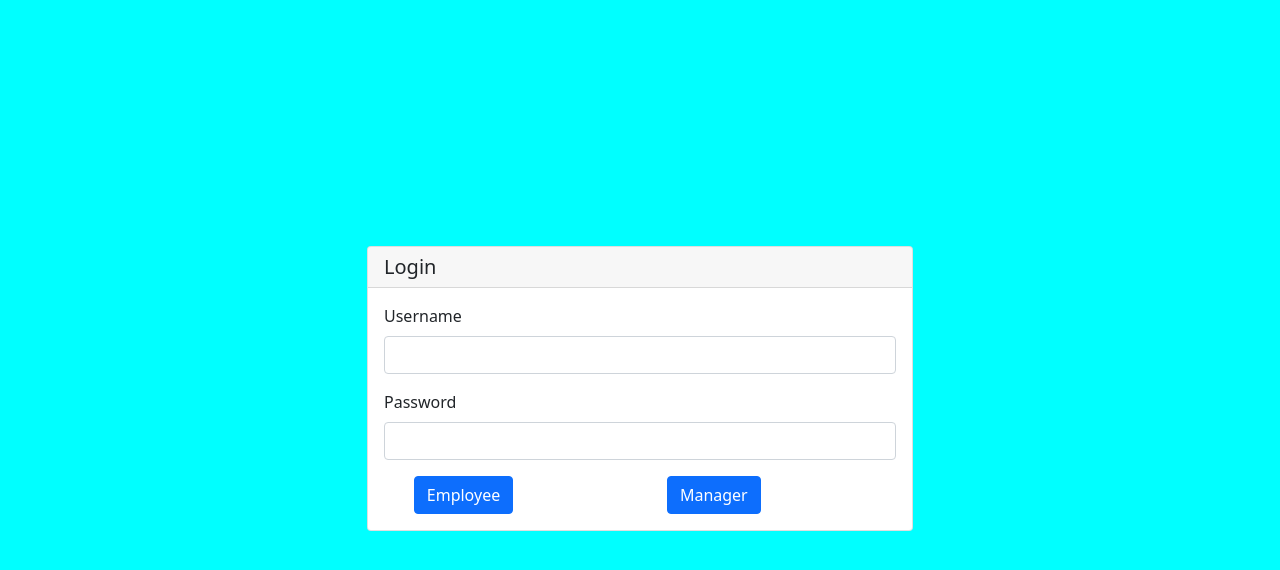
Repository: mavn2/ERS
Page: APP/ExpenseReimbursementSystem/src/main/webapp/index.html
An editor plug-in stored every save of this project. The page is shown before and after the next save, followed by the edit.
The browser window is 1280 px wide. The pictures show the whole page.

Above is the page before, as saved 2021-04-02 12:02:44.

### APP/ExpenseReimbursementSystem/src/main/webapp/index.html
<!DOCTYPE html>
<html>
  <head>
    <meta charset="UTF-8" />
    <title>Welcome</title>
    <link
      href="https://cdn.jsdelivr.net/npm/bootstrap@5.0.0-beta3/dist/css/bootstrap.min.css"
      rel="stylesheet"
      integrity="sha384-eOJMYsd53ii+scO/bJGFsiCZc+5NDVN2yr8+0RDqr0Ql0h+rP48ckxlpbzKgwra6"
      crossorigin="anonymous"
    />
    <link href="style/style.css" rel="stylesheet">
  </head>
  <body>
    <div class="container">
      <div class="row align-items-center justify-content-center">
        <div class="col-6">
          <div class="card" id="loginForm">
            <h5 class="card-header" style="{background-color: burlywood;}">Login</h5>
            <div class="card-body">
              <form action="login" method="post">
                <div class="mb-3">
                  <label class="form-label" for="username">Username</label>
                  <input class="form-control" type="text" name="username" />
                </div>
                <div class="mb-3">
                  <label class="form-label" for="password">Password</label>
                  <input class="form-control" type="password" name="password" />
                </div>
                <div class="row justify-content-evenly">
                  <div class="col-5 align-items-center">
                    <button
                      type="submit"
                      class="btn btn-primary"
                      name="type"
                      value="e"
                    >
                      Employee
                    </button>
                  </div>
                  <div class="col-5 align-items-center">
                    <button
                      type="submit"
                      class="btn btn-primary"
                      name="type"
                      value="m"
                    >
                      Manager
                    </button>
                  </div>
                </div>
              </form>
            </div>
          </div>
        </div>
      </div>
    </div>
		<script src="https://cdn.jsdelivr.net/npm/bootstrap@5.0.0-beta3/dist/js/bootstrap.bundle.min.js" integrity="sha384-JEW9xMcG8R+pH31jmWH6WWP0WintQrMb4s7ZOdauHnUtxwoG2vI5DkLtS3qm9Ekf" crossorigin="anonymous"></script>
    <script
  src="https://code.jquery.com/jquery-3.6.0.js"
  integrity="sha256-H+K7U5CnXl1h5ywQfKtSj8PCmoN9aaq30gDh27Xc0jk="
  crossorigin="anonymous"></script>
  </body>
</html>

### APP/ExpenseReimbursementSystem/src/main/webapp/style/style.css
#userInfo {
	border-right-style: solid;
	border-right-width: 1px;
	border-right-color: black;
}

#userInfo .row {
	border-bottom: 1px solid black;
	padding-top: 1px;
}

#loginForm {
	margin-top: 45%;
}

body {
	background: aqua;
}

.nav-tabs .nav-link.active {
	background-color: floralwhite;
}

.navbar{
	background-color: burlywood;
}

After the next save:
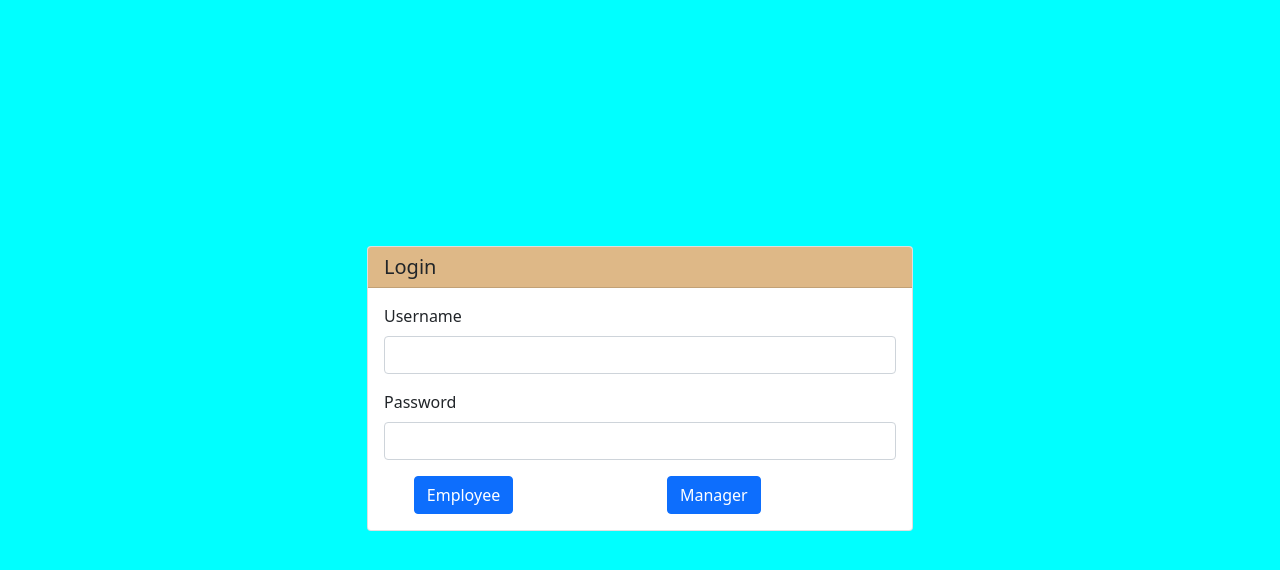
Saved 30 s later.
--- a/APP/ExpenseReimbursementSystem/src/main/webapp/index.html
+++ b/APP/ExpenseReimbursementSystem/src/main/webapp/index.html
@@ -16,7 +16,7 @@
       <div class="row align-items-center justify-content-center">
         <div class="col-6">
           <div class="card" id="loginForm">
-            <h5 class="card-header" style="{background-color: burlywood;}">Login</h5>
+            <h5 class="card-header" style="background-color: burlywood;">Login</h5>
             <div class="card-body">
               <form action="login" method="post">
                 <div class="mb-3">
